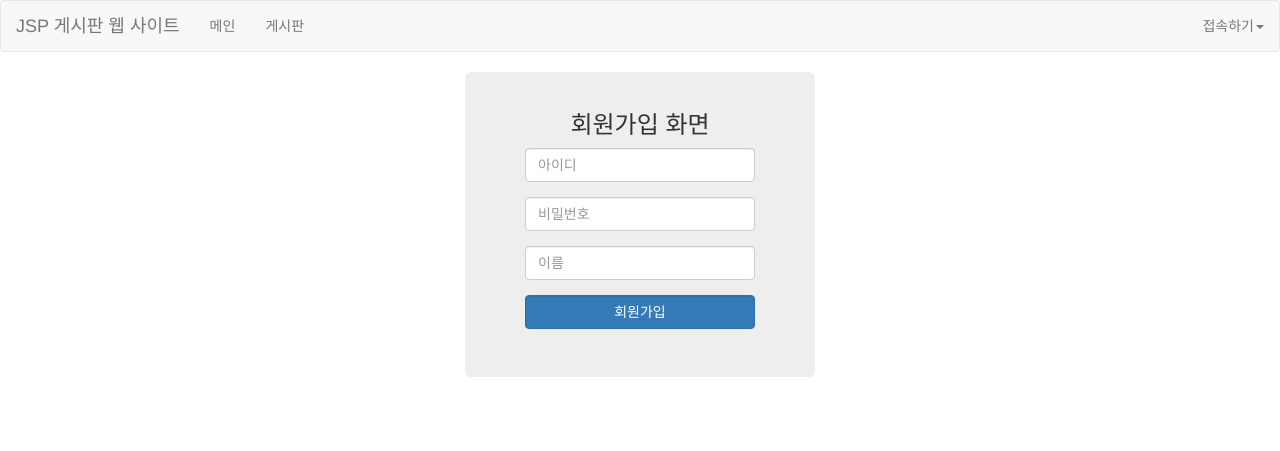
Repository: hseob04/jsp_bbs
Page: http://localhost/BBS/join.jsp
An editor plug-in stored every save of this project. The page is shown before and after the next save, followed by the edit.
The browser window is 1280 px wide. The pictures show the whole page.
Some web libraries are served in a nearby version. The page is served by Tomcat 9.

Above is the page before, as saved 2021-03-22 13:01:25.

After the next save:
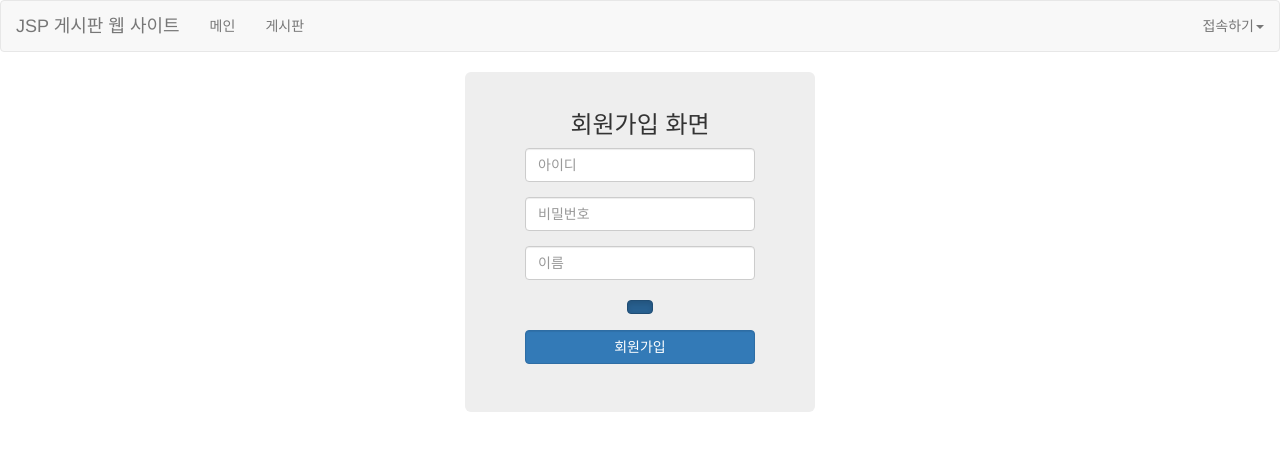
Saved 116 s later.
--- a/JSP/projects/BBS/src/main/webapp/join.jsp
+++ b/JSP/projects/BBS/src/main/webapp/join.jsp
@@ -54,7 +54,11 @@
 						<input type="text" class="form-control" placeholder="이름" name="userPassword" maxlength="20">
 					</div>
 					<div class="form-group" style="text-align: center;">
-
+						<div class="btn-group" data-toggle="buttons">
+							<label class="btn btn-primary active">
+								<input type="radio" name="userGender" autocomplete="off" value="male" checked>
+							</label>
+						</div>
 					</div>
 					<input type="submit" class="btn btn-primary form-control" value="회원가입">
 				</form>
